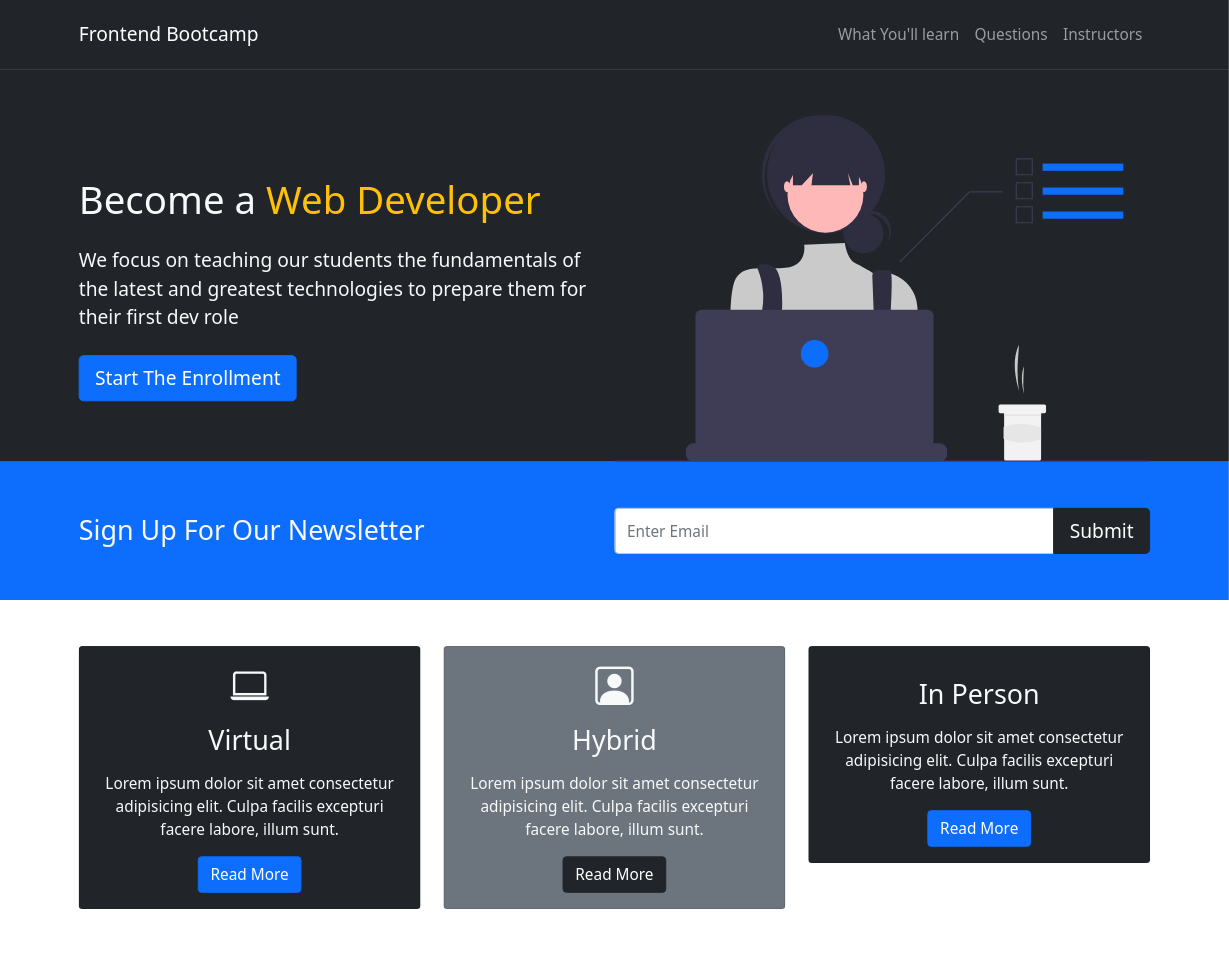
Repository: Marhamat92/Bootstrap5-Responsive-Website-
Page: index.html
An editor plug-in stored every save of this project. The page is shown before and after the next save, followed by the edit.
The browser window is 1280 px wide. The pictures show the whole page, at 96% of full size.
Some icons come from a web library that is not loaded, so they are not drawn. Some web libraries are served in a nearby version.

Above is the page before, as saved 2021-09-18 17:27:51.

### index.html
<!DOCTYPE html>
<html lang="en">

<head>
    <meta charset="UTF-8">
    <meta http-equiv="X-UA-Compatible" content="IE=edge">
    <meta name="viewport" content="width=device-width, initial-scale=1.0">
    <link href="https://cdn.jsdelivr.net/npm/bootstrap@5.0.2/dist/css/bootstrap.min.css" rel="stylesheet"
        integrity="sha384-EVSTQN3/azprG1Anm3QDgpJLIm9Nao0Yz1ztcQTwFspd3yD65VohhpuuCOmLASjC" crossorigin="anonymous">
    <link rel="stylesheet" href="https://cdn.jsdelivr.net/npm/bootstrap-icons@1.3.0/font/bootstrap-icons.css">
    <link rel="stylesheet" href="style.css">
    <title>Frontend Bootcamp</title>

</head>

<body>
    <!--Navbar-->
    <nav class="navbar navbar-expand-lg bg-dark navbar-dark py-3">
        <div class="container">
            <a href="#" class="navbar-brand">Frontend Bootcamp</a>
            <button class="navbar-toggler" type="button" data-bs-toggle="collapse" data-bs-target="#navmenu">
                <span class="navbar-toggler-icon"></span>
            </button>
            <div class="collapse navbar-collapse" id="navmenu">
                <ul class="navbar-nav ms-auto">
                    <li class="nav-item">
                        <a href="#learn" class="nav-link">What You'll learn</a>
                    </li>
                    <li class="nav-item">
                        <a href="#questions" class="nav-link">Questions</a>
                    </li>
                    <li class="nav-item">
                        <a href="#instructors" class="nav-link">Instructors</a>
                    </li>
                </ul>
            </div>
        </div>
    </nav>

    <!--Showcase-->

    <section class="bg-dark text-light p-5 p-lg-0 pt-lg-5 text-center text-sm-start">
        <div class="container">
            <div class="d-sm-flex align-items-center justify-content-between">
                <div>
                    <h1>Become a <span class="text-warning">Web Developer</span> </h1>
                    <p class="lead my-4">We focus on teaching our students the fundamentals of the latest and
                        greatest technologies to prepare them for their first dev role
                    </p>
                    <button class="btn btn-primary btn-lg">Start The Enrollment</button>
                </div>
                <img class="img-fluid w-50 d-none d-sm-block" src="img/showcase.svg" alt="showcase">
            </div>
        </div>
    </section>


    <!--Newsletter-->
    <section class=" bg-primary text-light p-5">
        <div class="container">
            <div class="d-md-flex justify-content-between align-items-center">
                <h3 class="mb-3 mb-md-0">Sign Up For Our Newsletter</h3>
                <div class="input-group news-input">
                    <input type="text" class="form-control" placeholder="Enter Email">
                    <button class="btn btn-dark btn-lg" type="button">Submit</button>
                </div>

            </div>
        </div>
    </section>

    <!--Boxes-->
    <section class="p-5">
        <div class="container">
            <div class="row text-center">
                <div class="col-md">
                    <div class="card bg-dark text-light">
                        <div class="card-body text-center">
                            <div class="h1 mb-3"><i class="bi bi-laptop"></i>
                            </div>
                            <h3 class="title mb-3">Virtual</h3>
                            <p class="card-text">
                                Lorem ipsum dolor sit amet consectetur adipisicing elit. Culpa facilis excepturi facere labore, illum sunt.
                            </p>
                            <a href="#" class="btn btn-primary">Read More</a>
                        </div>
                    </div>
                </div>
                <div class="col-md">
                    <div class="card bg-secondary text-light">
                        <div class="card-body text-center">
                            <div class="h1 mb-3"><i class="bi bi-person-square"></i>
                            </div>
                            <h3 class="title mb-3">Hybrid</h3>
                            <p class="card-text">
                                Lorem ipsum dolor sit amet consectetur adipisicing elit. Culpa facilis excepturi facere labore, illum sunt.
                            </p>
                            <a href="#" class="btn btn-dark">Read More</a>
                        </div>
                    </div>
                </div>
                <div class="col-md">
                    <div class="card bg-dark text-light">
                        <div class="card-body text-center">
                            <div class="h1 mb-3"><i class="bi bi-i-people"></i>
                            </div>
                            <h3 class="title mb-3">In Person</h3>
                            <p class="card-text">
                                Lorem ipsum dolor sit amet consectetur adipisicing elit. Culpa facilis excepturi facere labore, illum sunt.
                            </p>
                            <a href="#" class="btn btn-primary">Read More</a>
                        </div>
                    </div>
                </div>
            </div>
        </div>
    </section>






















    <script src="https://cdn.jsdelivr.net/npm/bootstrap@5.0.2/dist/js/bootstrap.bundle.min.js"
        integrity="sha384-MrcW6ZMFYlzcLA8Nl+NtUVF0sA7MsXsP1UyJoMp4YLEuNSfAP+JcXn/tWtIaxVXM" crossorigin="anonymous">
    </script>
</body>

</html>

### style.css
@media (min-width:768px) {
    .news-input{
        width:50%;
    }
}

After the next save:
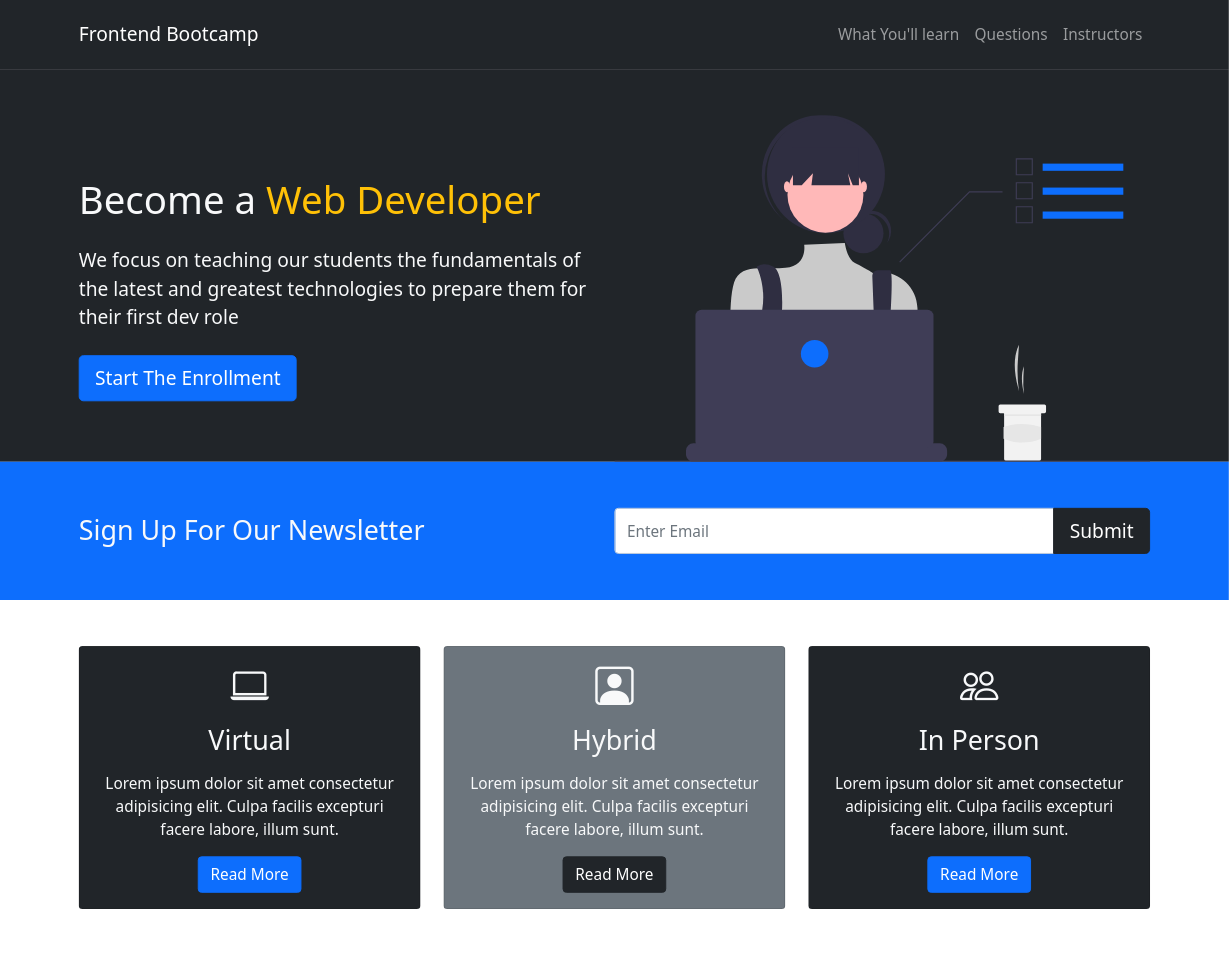
Saved 22 s later.
--- a/index.html
+++ b/index.html
@@ -102,7 +102,7 @@
                 <div class="col-md">
                     <div class="card bg-dark text-light">
                         <div class="card-body text-center">
-                            <div class="h1 mb-3"><i class="bi bi-i-people"></i>
+                            <div class="h1 mb-3"><i class="bi bi-people"></i>
                             </div>
                             <h3 class="title mb-3">In Person</h3>
                             <p class="card-text">
